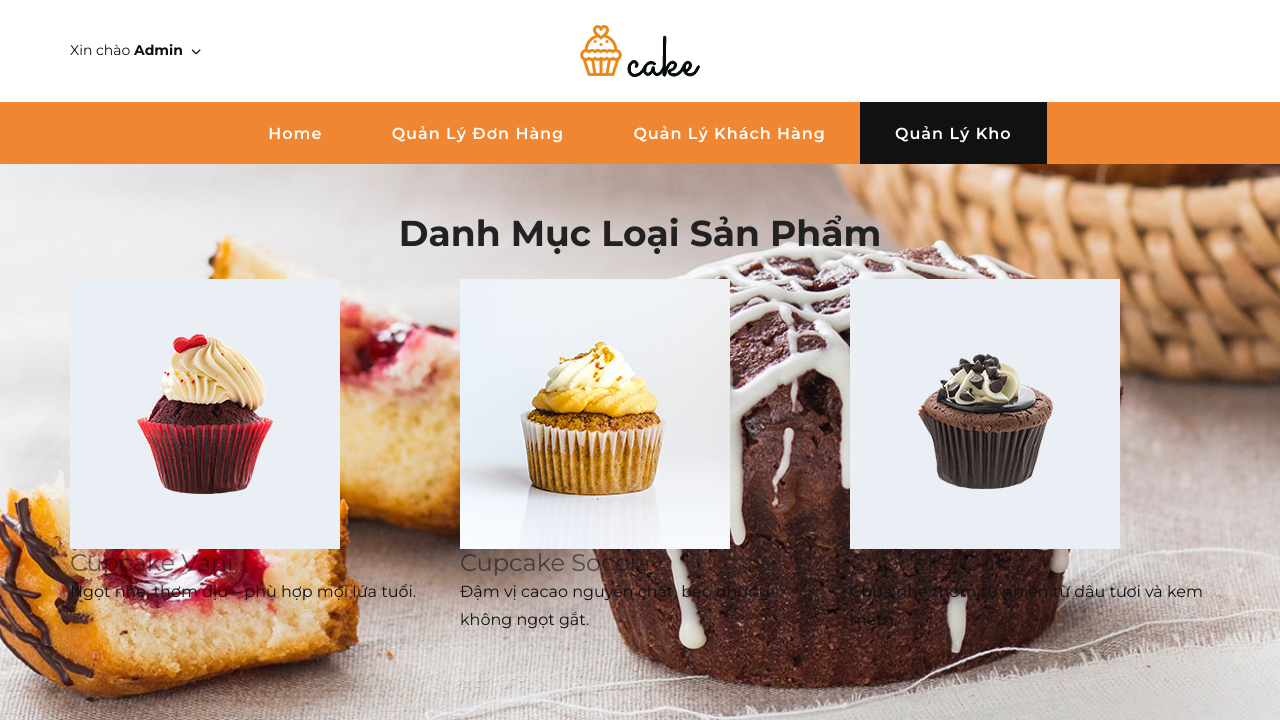
Repository: nhanto2n-byte/Nhom10ChieuThu3
Page: ProjectWeb/cake-main/admin_type.html
The author's editor kept a copy of each file at every save. The page is drawn from the files as they stood at one save, then again after the next save.
The browser window is 1280 px wide. The pictures show the whole page.

Above is the page before, as saved 2025-11-10 15:49:46.
Console error (its wording comes from the project's code and is left out).

### ProjectWeb/cake-main/admin_type.html
<!DOCTYPE html>
<html lang="vi">

<head>
    <meta charset="UTF-8">
    <meta name="viewport" content="width=device-width, initial-scale=1.0">
    <title>Quản lý Bánh Cupcake</title>

    <link href="https://fonts.googleapis.com/css2?family=Playfair+Display:wght@400;500;600;700;800;900&display=swap" rel="stylesheet">
    <link href="https://fonts.googleapis.com/css2?family=Montserrat:wght@300;400;500;600;700;800;900&display=swap" rel="stylesheet">
    <link rel="stylesheet" href="css/bootstrap.min.css" type="text/css">
    <link rel="stylesheet" href="css/style.css" type="text/css">
    <link rel="stylesheet" href="https://cdnjs.cloudflare.com/ajax/libs/font-awesome/6.0.0-beta3/css/all.min.css">

    <style>
        /* GIAO DIỆN CHUNG */
        body {
            background: url('img/hero/hero-1.jpg') no-repeat center center fixed;
            background-size: cover;
            font-family: 'Montserrat', sans-serif;
            color: #222;
        }
        .card {
            border: none; border-radius: 12px; box-shadow: 0 3px 10px rgba(0, 0, 0, 0.1);
            background-color: rgba(255, 255, 255, 0.9); padding: 25px; margin-bottom: 20px;
        }
        h2 { font-weight: 700; color: #222; margin-bottom: 30px; }
        .table th { background-color: #f1f3f9; }
        .btn-primary, .btn-warning, .btn-danger, .btn-success, .btn-secondary, .btn-info { border-radius: 8px; }

        /* MENU DROPDOWN */
        .header__top__left ul li.has-dropdown { position: relative; cursor: pointer; }
        .header__top__left ul li .dropdown {
            display: none; position: absolute; top: 100%; left: 0; z-index: 100; background-color: #333;
            border: 1px solid #555; box-shadow: 0 4px 10px rgba(0, 0, 0, 0.2); min-width: 200px;
            padding: 5px 0; list-style: none;
        }
        .header__top__left ul li.has-dropdown:hover>.dropdown { display: block; }
        .header__top__left ul li .dropdown li a {
            display: block; padding: 10px 15px; text-decoration: none; color: white; font-size: 16px; white-space: nowrap;
        }
        .header__top__left ul li .dropdown li a:hover { background-color: #555; color: #ffcc00; }

        /* FORM */
        .card-form {
            border-radius: 15px; box-shadow: 0 8px 20px rgba(0, 0, 0, 0.15); background: rgba(255, 255, 255, 0.95);
            padding: 30px; margin-bottom: 30px; transition: transform 0.3s, opacity 0.3s; display: none;
        }
        .card-form h5 {
            background: linear-gradient(90deg, #f6d365, #fda085); padding: 12px 20px; border-radius: 10px;
            color: white; margin-bottom: 25px; font-weight: 700; text-align: center; box-shadow: 0 4px 12px rgba(0, 0, 0, 0.1);
        }
        .card-form input, .card-form textarea {
            border-radius: 10px; padding: 10px 15px; border: 1px solid #ccc; transition: 0.3s;
        }
        .card-form input:focus { border-color: #fda085; box-shadow: 0 0 8px rgba(253, 160, 133, 0.4); outline: none; }
        .card-form button { border-radius: 10px; padding: 8px 20px; transition: 0.3s; }
        .card-form button:hover { transform: translateY(-2px); box-shadow: 0 6px 15px rgba(0, 0, 0, 0.15); }
    </style>
</head>

<body>
    <header class="header">
        <div class="header__top">
            <div class="container">
                <div class="row">
                    <div class="col-lg-12">
                        <div class="header__top__inner">
                            <div class="header__top__left">
                                <ul>
                                    <li class="has-dropdown">
                                        Xin chào <strong>Admin</strong>
                                        <i class="fa-solid fa-chevron-down" style="font-size: 10px; margin-left: 5px;"></i>
                                        <ul class="dropdown">
                                            <li><a href="./admin_login.html">Log out</a></li>
                                        </ul>
                                    </li>
                                </ul>
                            </div>
                            <div class="header__logo">
                                <a href="#"><img src="img/logo.png" alt=""></a>
                            </div>
                        </div>
                    </div>
                </div>
                <div class="canvas__open"><i class="fa fa-bars"></i></div>
            </div>
        </div>
        <div class="container">
            <nav class="header__menu mobile-menu">
                <ul>
                    <li><a href="./admin_home.html">Home</a></li>
                    <li><a href="./admin_product.html">Quản Lý Đơn Hàng</a></li>
                    <li><a href="./admin_member.html">Quản Lý Khách Hàng</a></li>
                    <li class="active"><a href="#">Quản Lý Kho</a>
                        <ul class="dropdown">
                            <li><a href="./admin_category.html">Quản Lý Danh Mục Sản Phẩm</a></li>
                            <li><a href="./admin_import.html">Quản Lý Nhập Sản Phẩm</a></li>
                            <li><a href="./admin_selling.html">Quản Lý Giá Bán</a></li>
                            <li><a href="./admin_quantity.html">Quản Lý Số Lượng Tồn</a></li>
                            <li><a href="./admin_type.html">Quản Lý Loại Sản Phẩm</a></li>
                        </ul>
                    </li>
                </ul>
            </nav>
        </div>
    </header>
   <div class="container py-5">
    <h2 class="text-center mb-4">Danh Mục Loại Sản Phẩm</h2>

    <div class="row g-4">

        <!-- Loại 1 -->
        <div class="col-lg-4 col-md-6">
            <div class="category-card">
                <img src="img/shop/product-12.jpg" class="category-img" alt="">
                <div class="category-content">
                    <h4>Cupcake Vani</h4>
                    <p>Ngọt nhẹ, thơm dịu – phù hợp mọi lứa tuổi.</p>
                </div>
            </div>
        </div>

        <!-- Loại 2 -->
        <div class="col-lg-4 col-md-6">
            <div class="category-card">
                <img src="img/shop/product-1.jpg" class="category-img" alt="">
                <div class="category-content">
                    <h4>Cupcake Socola</h4>
                    <p>Đậm vị cacao nguyên chất, béo nhưng không ngọt gắt.</p>
                </div>
            </div>
        </div>

        <!-- Loại 3 -->
        <div class="col-lg-4 col-md-6">
            <div class="category-card">
                <img src="img/shop/product-10.jpg" class="category-img" alt="">
                <div class="category-content">
                    <h4>Cupcake Dâu</h4>
                    <p>Chua nhẹ thơm tự nhiên từ dâu tươi và kem mềm.</p>
                </div>
            </div>
        </div>

    </div>
</div>


    <script>
        // ===== BẮT ĐẦU JAVASCRIPT HOÀN CHỈNH =====

        // Hàm showToast và CSS của bạn, không thay đổi.
        function showToast(message, type = "success") {
            const toast = document.createElement("div");
            toast.className = `custom-toast ${type}`;
            toast.innerHTML = `<i class="fa-solid ${type === "success" ? "fa-circle-check" : "fa-circle-exclamation"}"></i> <span>${message}</span>`;
            document.body.appendChild(toast);
            setTimeout(() => toast.classList.add("show"), 100);
            setTimeout(() => {
                toast.classList.remove("show");
                setTimeout(() => toast.remove(), 500);
            }, 3000);
        }
        const style = document.createElement("style");
        style.innerHTML = `
            .custom-toast {
                position: fixed; top: 20px; right: 20px; background: rgba(40, 167, 69, 0.95); color: white;
                padding: 12px 18px; border-radius: 10px; box-shadow: 0 4px 12px rgba(0,0,0,0.2); font-size: 16px;
                display: flex; align-items: center; gap: 10px; opacity: 0; transform: translateY(-10px);
                transition: all 0.4s ease; z-index: 9999;
            }
            .custom-toast.show { opacity: 1; transform: translateY(0); }
            .custom-toast.error { background: rgba(220, 53, 69, 0.95); }
            .custom-toast i { font-size: 18px; }
        `;
        document.head.appendChild(style);

        // ======================================================
        // LOGIC CHÍNH ĐIỀU KHIỂN FORM VÀ BẢNG
        // ======================================================
        document.addEventListener("DOMContentLoaded", () => {
            // --- LẤY TẤT CẢ CÁC PHẦN TỬ CẦN DÙNG ---
            const btnShowAddFlavor = document.getElementById('btnShowAddFlavor');
            const btnShowAddCake = document.getElementById('btnShowAddCake');
            const btnCancelAddFlavor = document.getElementById('btnCancelAddFlavor');
            const btnCancelAddCake = document.getElementById('btnCancelAddCake');
            const btnCancelEdit = document.getElementById('btnCancel');
            const addFlavorForm = document.getElementById('addFlavorForm');
            const addCakeForm = document.getElementById('addCakeForm');
            const editForm = document.getElementById('editForm');
            const formAddFlavorElement = document.getElementById('formAddFlavor');
            const formAddCakeElement = document.getElementById('formAddCake');
            const formEditElement = document.getElementById('formEdit');
            const tableBody = document.getElementById('bangDanhSachVi');
            let editingRow = null;

            // --- CHỨC NĂNG: HIỆN/ẨN CÁC FORM ---
            if (btnShowAddFlavor) {
                btnShowAddFlavor.addEventListener('click', () => {
                    addFlavorForm.style.display = 'block';
                    addCakeForm.style.display = 'none';
                    editForm.style.display = 'none';
                    window.scrollTo({ top: 0, behavior: 'smooth' });
                });
            }
            if (btnShowAddCake) {
                btnShowAddCake.addEventListener('click', () => {
                    addCakeForm.style.display = 'block';
                    addFlavorForm.style.display = 'none';
                    editForm.style.display = 'none';
                    window.scrollTo({ top: 0, behavior: 'smooth' });
                });
            }

            // --- CHỨC NĂNG: CÁC NÚT HỦY ---
            if (btnCancelAddFlavor) btnCancelAddFlavor.addEventListener('click', () => { addFlavorForm.style.display = 'none'; });
            if (btnCancelAddCake) btnCancelAddCake.addEventListener('click', () => { addCakeForm.style.display = 'none'; });
            if (btnCancelEdit) btnCancelEdit.addEventListener('click', () => { editForm.style.display = 'none'; });

            // --- CHỨC NĂNG: LƯU FORM "THÊM VỊ MỚI" (CHỈ ĐÓNG FORM) ---
            if (formAddFlavorElement) {
                formAddFlavorElement.addEventListener('submit', (event) => {
                    event.preventDefault();
                    addFlavorForm.style.display = 'none';
                    formAddFlavorElement.reset();
                    showToast("Đã đóng form thêm vị.");
                });
            }

            // --- CHỨC NĂNG: LƯU FORM "THÊM BÁNH" ---
            if(formAddCakeElement) {
                formAddCakeElement.addEventListener('submit', (event) => {
                    event.preventDefault();
                    const tenBanh = document.getElementById('cakeNameInput').value.trim();
                    const viBanh = document.getElementById('cakeFlavorInput').value.trim();
                    if (!tenBanh || !viBanh) {
                        showToast("Vui lòng nhập Tên bánh và Vị bánh!", "error");
                        return;
                    }
                    const sanPhamBanhMoi = { ten: tenBanh, vi: viBanh };
                    console.log("Sản phẩm bánh mới:", sanPhamBanhMoi);
                    showToast(`Đã thêm bánh "${tenBanh}" thành công!`);
                    addCakeForm.style.display = 'none';
                    formAddCakeElement.reset();
                });
            }

            // --- CHỨC NĂNG: LƯU FORM "SỬA VỊ" ---
            if (formEditElement) {
                formEditElement.addEventListener('submit', (event) => {
                    event.preventDefault();
                    const newTenVi = document.getElementById('editTen').value.trim();
                    if (!newTenVi) { showToast("Tên vị không được để trống!", "error"); return; }
                    if (editingRow) {
                        editingRow.children[1].textContent = newTenVi;
                    }
                    editForm.style.display = 'none';
                    showToast("Cập nhật thành công!");
                });
            }

            // --- CHỨC NĂNG: CÁC NÚT SỬA/XÓA TRONG BẢNG (DÙNG EVENT DELEGATION) ---
            tableBody.addEventListener('click', (event) => {
                const target = event.target.closest('button');
                if (!target) return;

                if (target.classList.contains('btn-edit')) {
                    editingRow = target.closest('tr');
                    const maVi = editingRow.children[0].textContent.trim();
                    const tenVi = editingRow.children[1].textContent.trim();
                    document.getElementById('editMa').value = maVi;
                    document.getElementById('editTen').value = tenVi;
                    editForm.style.display = 'block';
                    addFlavorForm.style.display = 'none';
                    addCakeForm.style.display = 'none';
                    window.scrollTo({ top: document.body.scrollHeight, behavior: 'smooth' });
                }

                if (target.classList.contains('btn-delete')) {
                    const rowToDelete = target.closest('tr');
                    if (confirm('Bạn có chắc chắn muốn xóa vị này không?')) {
                        showToast("Đã xóa vị thành công!", "error");
                    }
                }
            });
        });
    </script>

    <script src="js/bootstrap.min.js"></script>
    <script src="https://cdn.jsdelivr.net/npm/bootstrap@5.3.2/dist/js/bootstrap.bundle.min.js"></script>
</body>
</html>

Loaded but not shown: ProjectWeb/cake-main/css/bootstrap.min.css (library); ProjectWeb/cake-main/js/bootstrap.min.js (library); ProjectWeb/cake-main/css/style.css (4080 lines, source omitted)

After the next save:
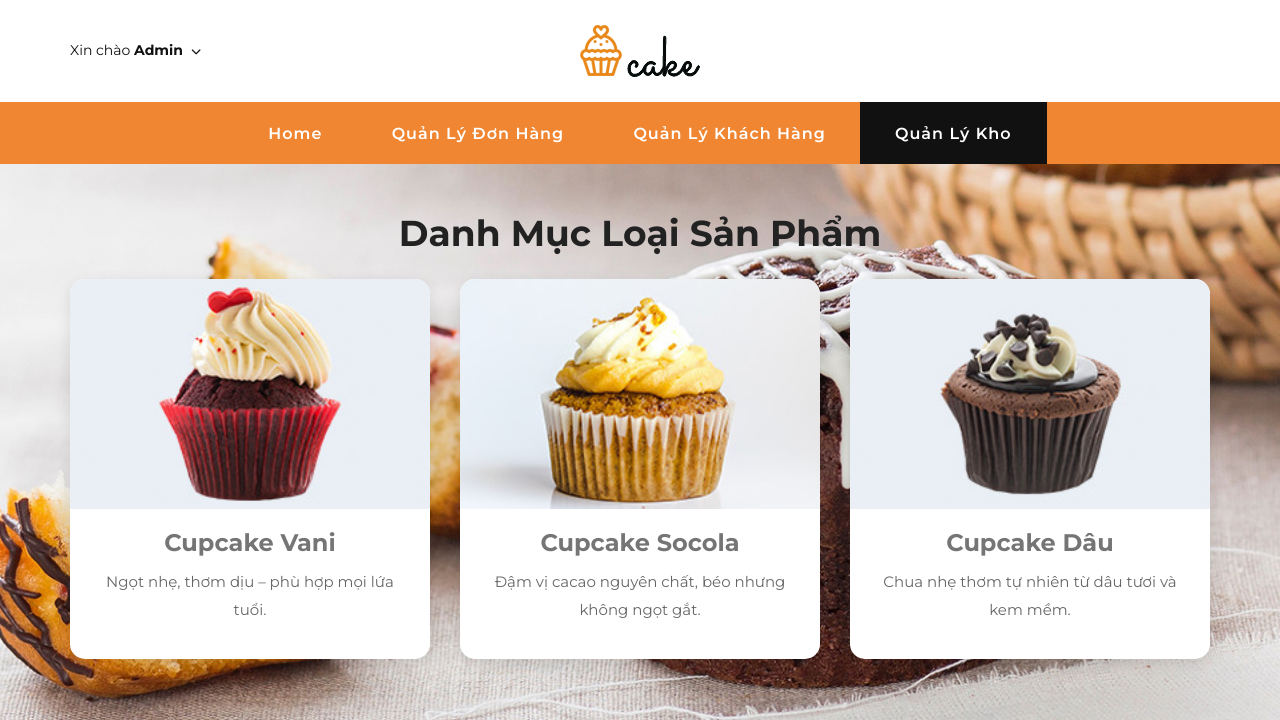
Saved 52 s later.
--- a/ProjectWeb/cake-main/admin_type.html
+++ b/ProjectWeb/cake-main/admin_type.html
@@ -56,6 +56,43 @@
         .card-form input:focus { border-color: #fda085; box-shadow: 0 0 8px rgba(253, 160, 133, 0.4); outline: none; }
         .card-form button { border-radius: 10px; padding: 8px 20px; transition: 0.3s; }
         .card-form button:hover { transform: translateY(-2px); box-shadow: 0 6px 15px rgba(0, 0, 0, 0.15); }
+
+.category-card {
+    border-radius: 15px;
+    overflow: hidden;
+    background: #fff;
+    box-shadow: 0 4px 15px rgba(0,0,0,0.1);
+    transition: .3s ease;
+    cursor: pointer;
+}
+
+.category-card:hover {
+    transform: translateY(-8px);
+    box-shadow: 0 6px 20px rgba(0,0,0,0.15);
+}
+
+.category-img {
+    width: 100%;
+    height: 230px;
+    object-fit: cover;
+}
+
+.category-content {
+    padding: 20px;
+    text-align: center;
+}
+
+.category-content h4 {
+    font-weight: 700;
+    margin-bottom: 10px;
+}
+
+.category-content p {
+    color: #666;
+    font-size: 15px;
+}
+
+
     </style>
 </head>
 
